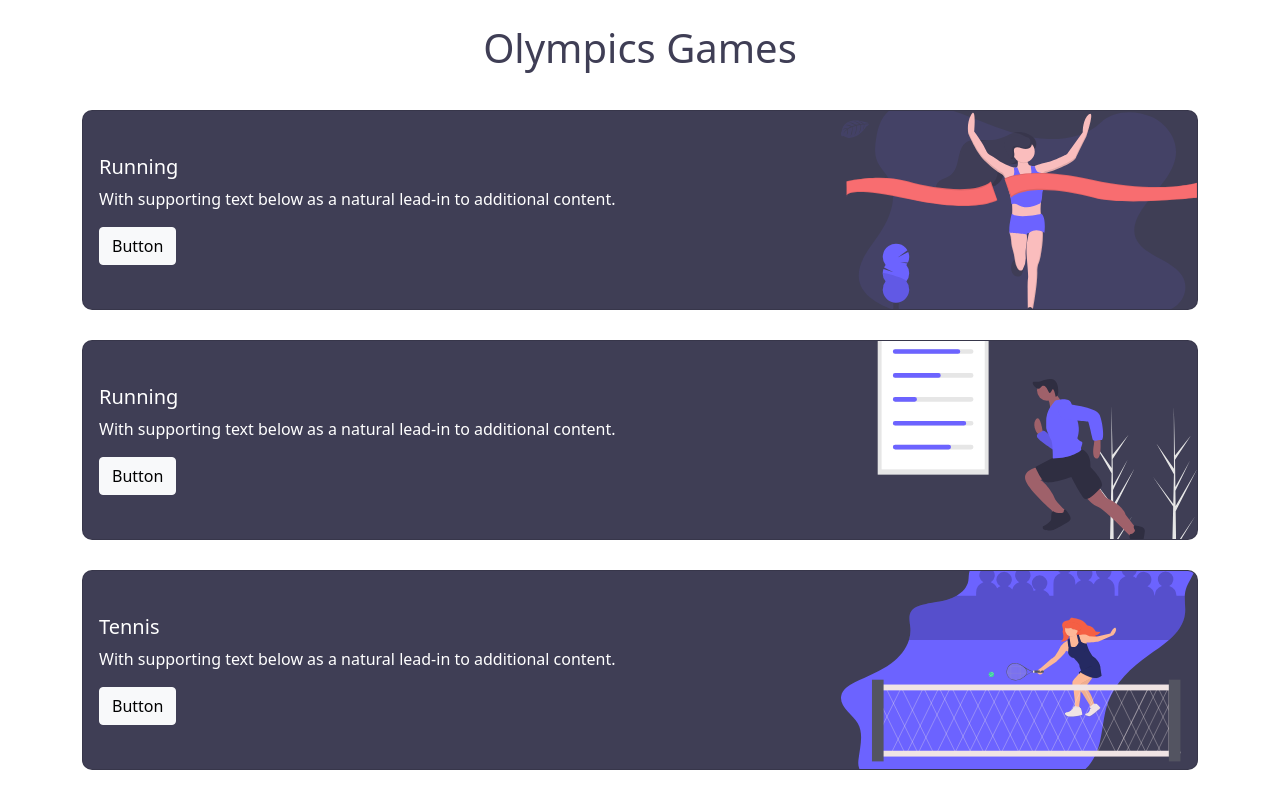
Repository: ahmedazawi/olympic_games
Page: client/views/index.html
These files come from the project's save history. The page is drawn as it stood at one moment and after the next save; the edit follows.
The browser window is 1280 px wide. The pictures show the whole page.

Above is the page before, as saved 2021-12-24 13:09:38.

After the next save:
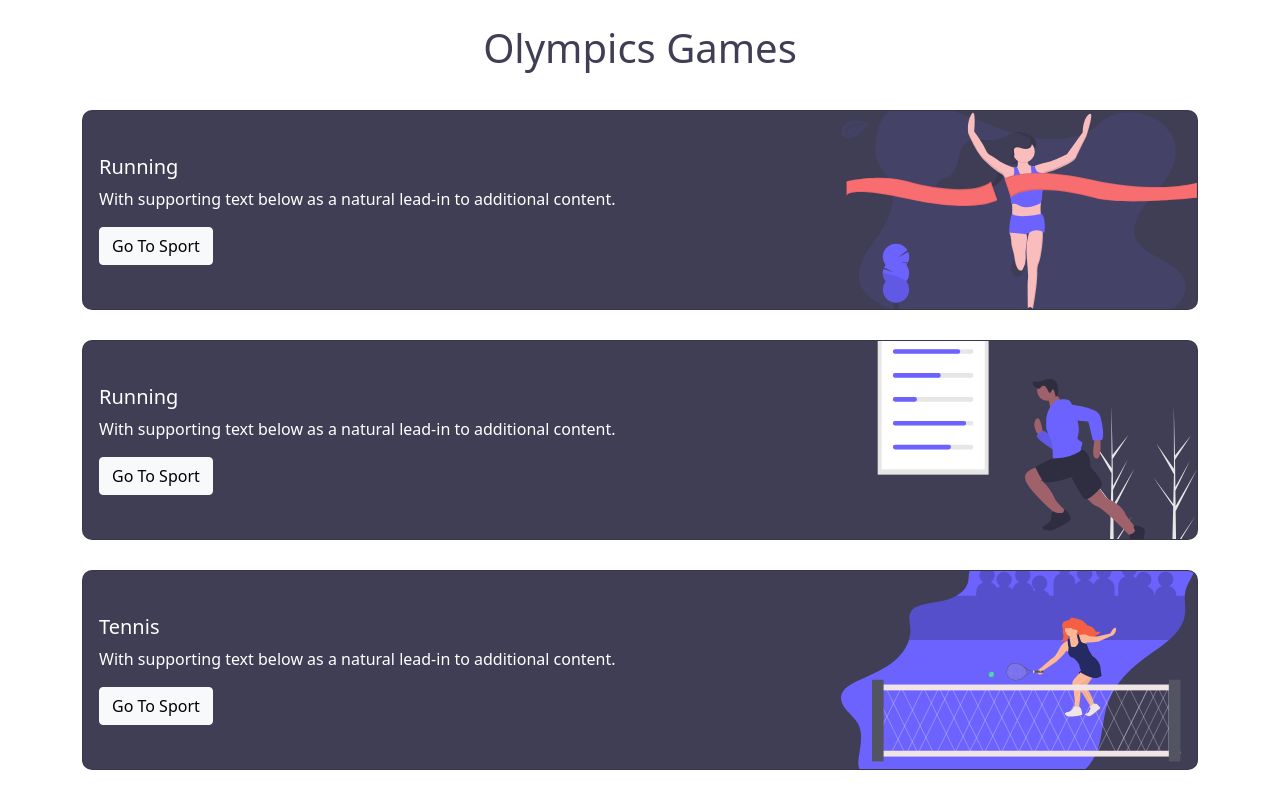
Saved 22 s later.
--- a/client/views/index.html
+++ b/client/views/index.html
@@ -27,7 +27,7 @@
                             <h5 class="card-title">Running</h5>
                             <p class="card-text">With supporting text below as a natural lead-in to additional content.
                             </p>
-                            <a href="#" class="btn btn-light ">Button</a>
+                            <a href="#" class="btn btn-light ">Go To Sport</a>
                         </div>
                         <div>
                             <img src="/svg/1.svg">
@@ -41,7 +41,7 @@
                                 <p class="card-text">With supporting text below as a natural lead-in to additional
                                     content.
                                 </p>
-                                <a href="#" class="btn btn-light ">Button</a>
+                                <a href="#" class="btn btn-light ">Go To Sport</a>
                             </div>
                             <div>
                                 <img src="/svg/2.svg">
@@ -57,7 +57,7 @@
                                 <p class="card-text">With supporting text below as a natural lead-in to additional
                                     content.
                                 </p>
-                                <a href="#" class="btn btn-light ">Button</a>
+                                <a href="#" class="btn btn-light ">Go To Sport</a>
                             </div>
                             <div>
                                 <img src="/svg/3.svg">
